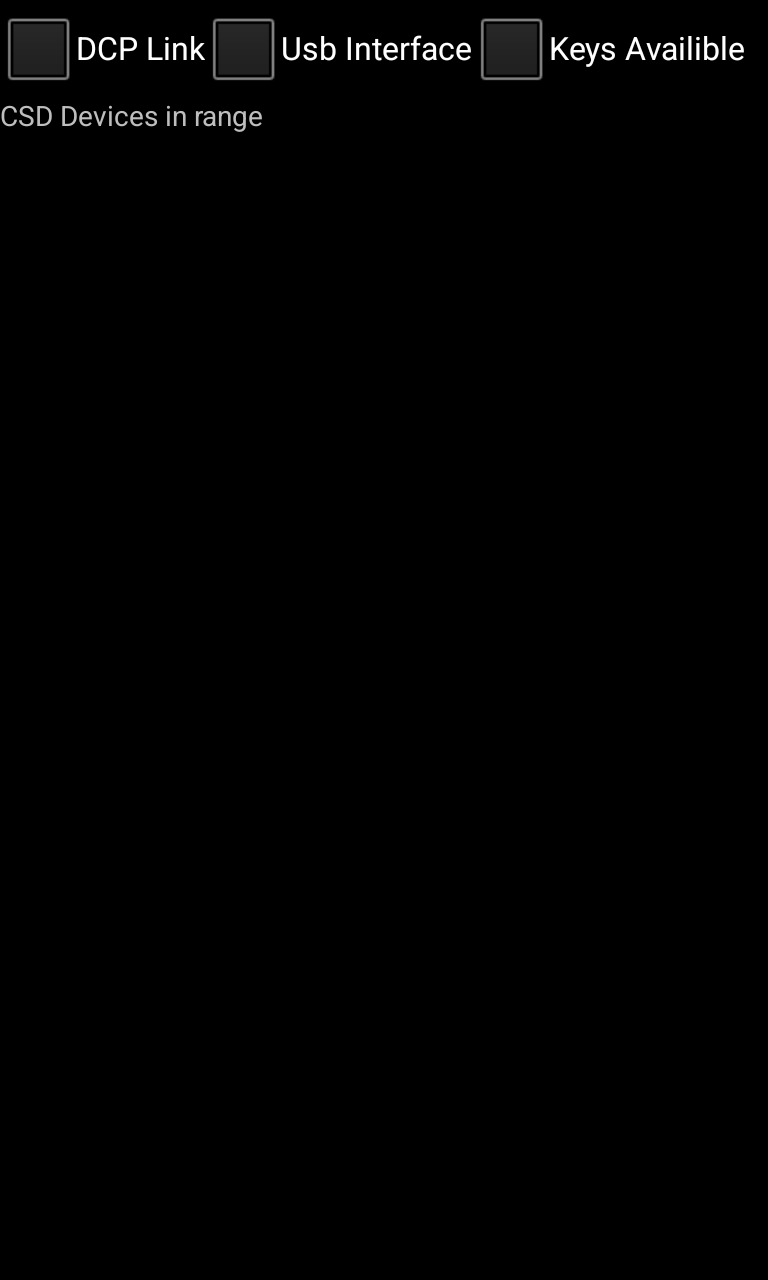
Repository: sergioenriquez/CSTE
Layout: HNAD/res/layout/devicelist.xml
An editor plug-in stored every save of this project. The layout is shown before and after the next save, followed by the edit.
It is drawn on a 768 x 1280 px phone screen (xhdpi) without system bars, with theme android:Theme.NoTitleBar; the app's code is not run. Lists and similar views that code fills are empty.

Above is the layout before, as saved 2011-12-18 03:44:37.

After the next save:
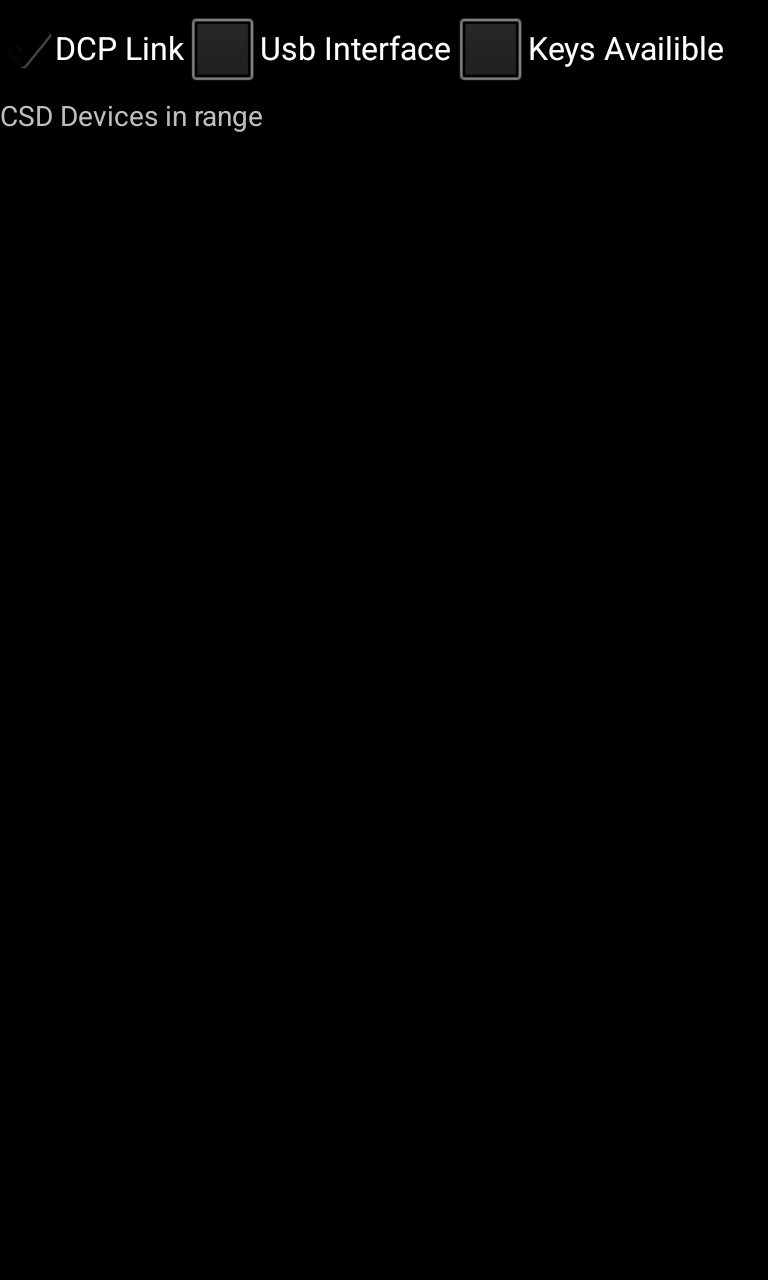
Saved 24 s later.
--- a/HNAD/res/layout/devicelist.xml
+++ b/HNAD/res/layout/devicelist.xml
@@ -11,7 +11,7 @@
         <CheckBox
 	        android:id="@+id/dcplink"
 	        android:text="DCP Link"
-
+	       	android:button="@drawable/smallcheckbox"
 	        android:editable="false"
 	        android:layout_width="wrap_content"
 			android:layout_height="wrap_content"/>
